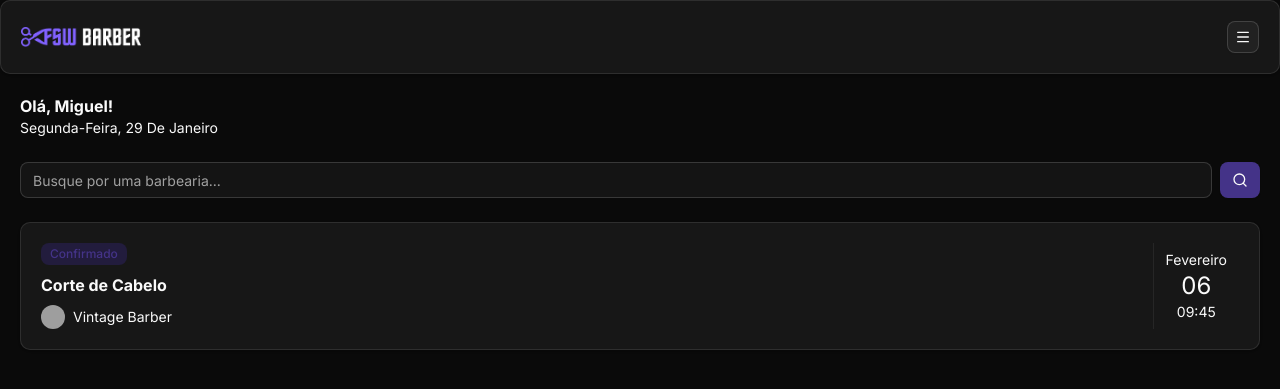
Repository: PaulinhoMachadooo/Barber
Page: /
The author's editor kept a copy of each file at every save. The page is drawn from the files as they stood at one save, then again after the next save.
The browser window is 1280 px wide. The pictures show the whole page.
Pictures or frames that could not be fetched are drawn as grey boxes. The project was rebuilt for these pictures with package versions that can differ from the ones it lists, and the page was loaded fresh each time. The framework's server and built-in components were replaced by stand-ins that run in the browser. Also part of the build but not shown: next.config.ts.

Above is the page before, as saved 2025-04-13 21:35:02.

After the next save:
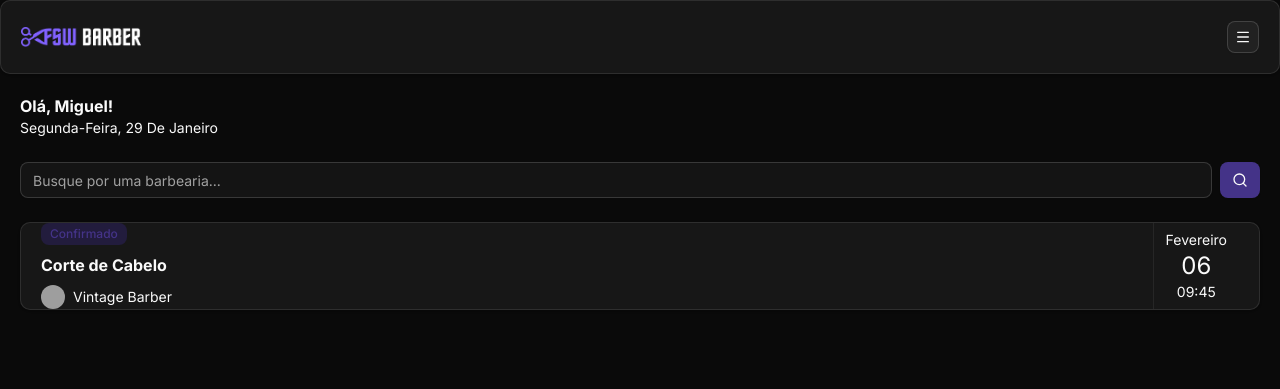
Saved 44 s later.
--- a/app/_components/booking-item.tsx
+++ b/app/_components/booking-item.tsx
@@ -6,7 +6,7 @@
 const  BookingItem = () => {
     return (
         <Card>
-            <CardContent className="p-5 flex justify-between">
+            <CardContent className="p-5 flex justify-between py-0">
                 <div className="flex flex-col gap-2">
                     <Badge className="bg-[#221C3D] text-primary hover:bg-[#221C3D] w-fit">Confirmado</Badge>
                     <h2 className="font-bold">Corte de Cabelo</h2>

After the save that followed:
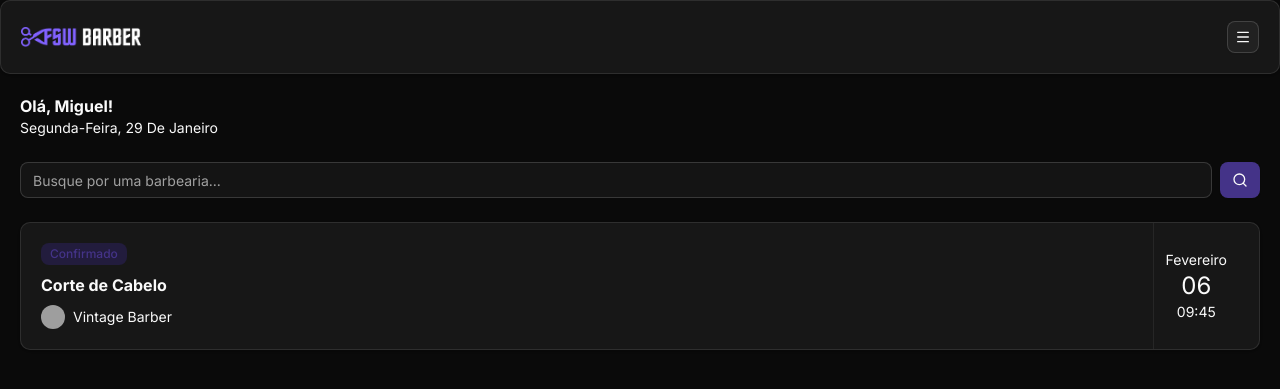
Saved 94 s later.
--- a/app/_components/booking-item.tsx
+++ b/app/_components/booking-item.tsx
@@ -7,7 +7,7 @@
     return (
         <Card>
             <CardContent className="p-5 flex justify-between py-0">
-                <div className="flex flex-col gap-2">
+                <div className="flex flex-col gap-2 py-5">
                     <Badge className="bg-[#221C3D] text-primary hover:bg-[#221C3D] w-fit">Confirmado</Badge>
                     <h2 className="font-bold">Corte de Cabelo</h2>
 
